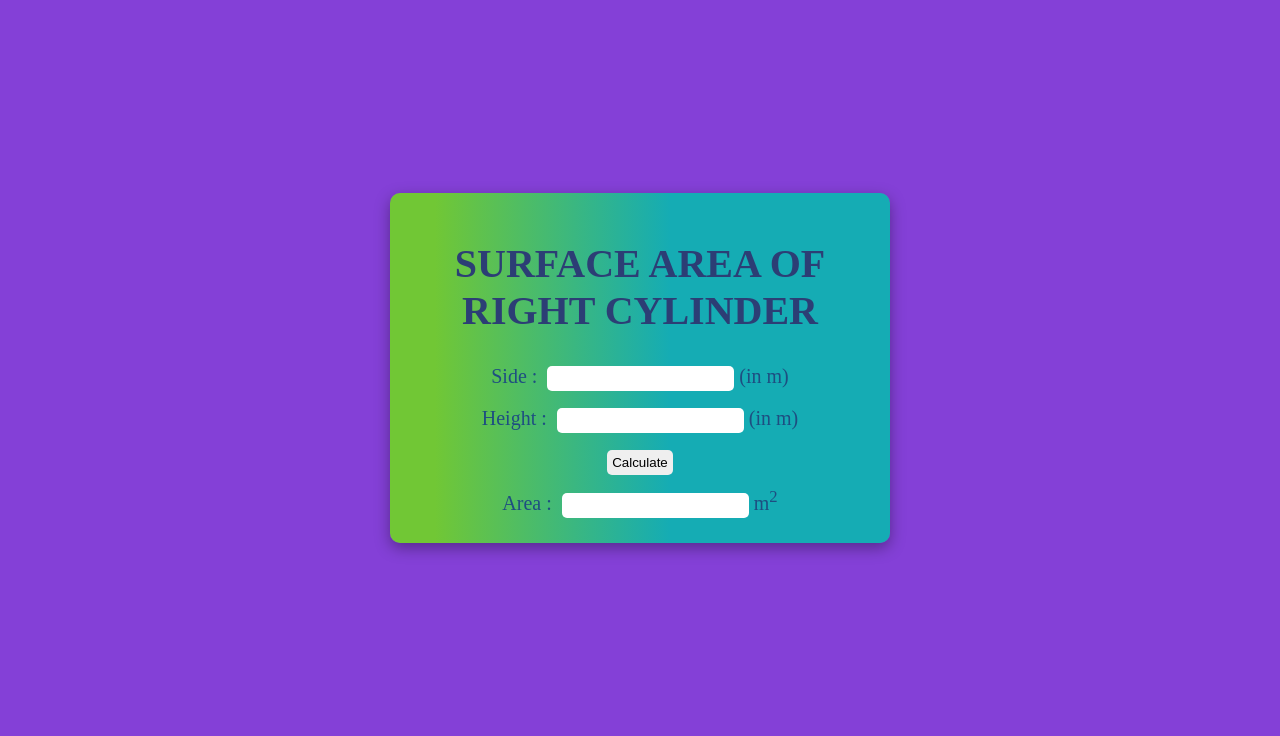
Repository: Oviya24032K6/MathServer
Page: oviya/mathapp/templates/mathapp/maths.html
An editor plug-in stored every save of this project. The page is shown before and after the next save, followed by the edit.
The browser window is 1280 px wide. The pictures show the whole page.
The template is drawn by Django 5.2. The application's start-up code is not run. Other server files are loaded and not shown. The template is opened directly, without the code that normally fills it, so the values that code supplies are empty.

Above is the page before, as saved 2024-04-01 14:21:05.

### oviya/mathapp/templates/mathapp/maths.html
<html>
    <head>
        <meta charset='utf-8'>
        <meta http-equiv='X-UA-Compatible' content='IE=edge'>
        <title>SURFACEAREA OF RIGHT CYLIDER</title>
        <meta name='viewport' content='width=device-width, initial-scale=1'>
        <style type="text/css">
            body {
                background-color:rgb(132, 64, 215);
            }

            .edge {
                display: flex;
                height: 100vh;
                width: 100%;
                justify-content: center;
                align-items: center;
            }

            .box {
                display: block;
                width: 500px;
                min-height: 300px;
                font-size: 20px;
                background: rgb(196, 193, 25);
                background: linear-gradient(90deg, rgb(113, 199, 53) 9%, rgb(21, 172, 180) 56%);
                border-radius: 10px;
                box-shadow: rgba(0, 0, 0, 0.35) 0px 5px 15px;
            }

            .formelt {
                color: rgb(30, 78, 129);
                text-align: center;
                margin-top: 7px;
                margin-bottom: 6px;
            }

            h1 {
                color: rgb(44, 62, 117);
                text-align: center;
                padding-top: 20px;
            }
            input{
                margin: 5px;
                padding: 5px;
                border-radius: 5px;
                border: none;

            }
        </style>
<body>
    <div class="edge">
        <div class="box">
            <h1>SURFACE AREA OF RIGHT CYLINDER</h1>
            <form method="POST">
                {% csrf_token %}
                <div class="formelt">
                    Side : <input type="text" name="radius" value="{{r}}"></input>(in m)<br />
                </div>
                <div class="formelt">
                    Height : <input type="text" name="height" value="{{h}}"></input>(in m)<br />
                </div>
                <div class="formelt">
                    <input type="submit" value="Calculate"></input><br />
                </div>
                <div class="formelt">
                    Area : <input type="text" name="area" value="{{area}}"></input>m<sup>2</sup><br />
                </div>
            </form>
        </div>
    </div>
</body>
</head>
</html>

After the next save:
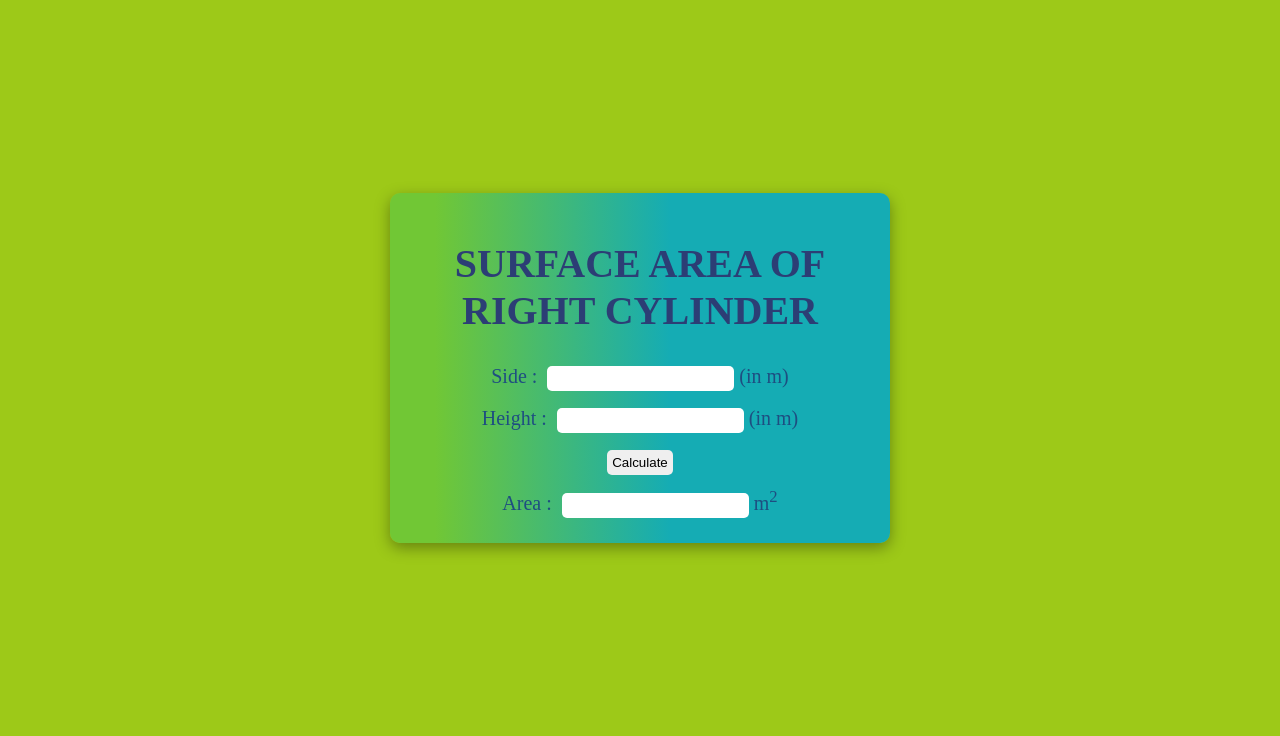
Saved 20 s later.
--- a/oviya/mathapp/templates/mathapp/maths.html
+++ b/oviya/mathapp/templates/mathapp/maths.html
@@ -6,7 +6,7 @@
         <meta name='viewport' content='width=device-width, initial-scale=1'>
         <style type="text/css">
             body {
-                background-color:rgb(132, 64, 215);
+                background-color:rgb(157, 201, 24);
             }
 
             .edge {
